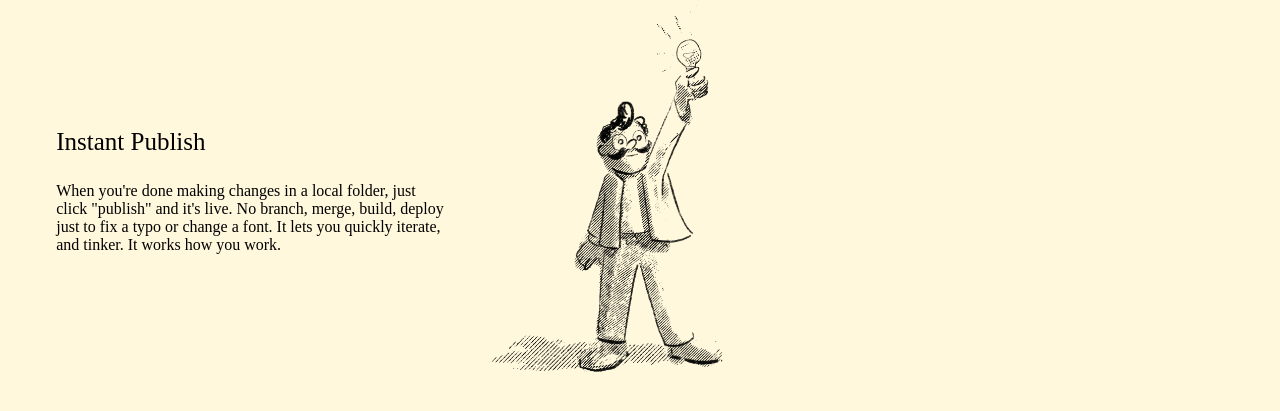
Repository: Pbemits/TEAMWORK-PROJECT-ONE
Page: index.html
An editor plug-in stored every save of this project. The page is shown before and after the next save, followed by the edit.
The browser window is 1280 px wide. The pictures show the whole page.
Some web fonts or font styles are not loaded; a fallback is used.

Above is the page before, as saved 2023-09-01 22:54:14.

### index.html
<!DOCTYPE html>
<html lang="en">
<head>
    <meta charset="UTF-8">
    <meta name="viewport" content="width=device-width, initial-scale=1.0">
    <link rel="stylesheet" href="./assets/css/base.css">
    <link rel="stylesheet" href="./assets/css/main.css">
    <!-- ~: FONT: 'Noto Sans JP', sans-serif -->
    <link rel="preconnect" href="https://fonts.googleapis.com">
    <link rel="preconnect" href="https://fonts.gstatic.com" crossorigin>
    <link href="https://fonts.googleapis.com/css2?family=Noto+Sans+JP:wght@100;200;300;400;500;600&display=swap" rel="stylesheet">
    <!-- ~: FONT: 'PT Serif Caption', serif -->
    <link rel="preconnect" href="https://fonts.googleapis.com">
    <link rel="preconnect" href="https://fonts.gstatic.com" crossorigin>
    <link href="https://fonts.googleapis.com/css2?family=PT+Serif+Caption:ital@0;1&display=swap" rel="stylesheet">
    <title>TEAMWORK PROJECT ONE</title>
</head>
<body>
    <!-- TODO: HEADER MAIN -->
    <div id="header-main">

    </div>
    <!-- TODO: CONTENT MAIN -->
    <div id="content-main">
        <!-- CODE BY XUAN DAI -->
        <!-- CONTENT-SECTION-TWO -->
        <div class="content-section-two">

            <!-- WRAPPER ONE -->
            <div class="content-wrapper-element-one">
                <div class="wrapper-element-one">
                    <div class="wrapper-element-texts">
                        <div class="element-text-h3">
                            <h3>Instant Publish</h3>
                        </div>
                        <div class="element-texts-paragraph">
                            <p>When you're done making changes in a local folder, just<br> click "publish" and it's live. No branch, merge, build, deploy<br> just to fix a typo or change a font. It lets you quickly iterate,<br> and tinker. It works how you work.</p>
                        </div>
                    </div>
                </div>

                <div class="wrapper-element-two">
                    <div class="wrapper-element-image">
                        <div class="element-img">
                            <img src="./assets/image/ligter.png" alt="ÁNH SÁNG CỦA ĐẢNG VN">
                        </div>
                    </div>
                </div>
            </div>
            <!-- END WRAPPER ONE -->

            <!-- WRAPPER TWO -->
            <div class="content-wrapper-element-two">
                <div class="wrapper-element-one">
                    <div class="wrapper-element-texts">
                        <div class="element-text-h3"></div>
                        <div class="element-texts-paragraph"></div>
                    </div>
                </div>

                <div class="wrapper-element-two">
                    <div class="wrapper-element-image">
                        <div class="element-img"></div>
                    </div>
                </div>
            </div>
            <!--END WRAPPER TWO -->

            <!-- WRAPPER THREE -->
            <div class="content-wrapper-element-three">
                <div class="wrapper-element-one">
                    <div class="wrapper-element-texts">
                        <div class="element-text-h3"></div>
                        <div class="element-texts-paragraph"></div>
                    </div>
                </div>

                <div class="wrapper-element-two">
                    <div class="wrapper-element-image">
                        <div class="element-img"></div>
                    </div>
                </div>
            </div>
            <!-- END WRAPPER THREE -->

        </div>
        <!-- END CONTENT-SECTION-TWO -->
        <!-- END CODE BY XUAN DAI -->
    </div>
    <!-- TODO: FOOTER MAIN -->
    <div id="footer-main">

    </div>
</body>
</html>

### assets/css/base.css
* {
    margin: 0;
    padding: 0;
    box-sizing: border-box;
}
body {
    background-color: #fff8dc;
    font-family: 'Noto Sans JP', sans-serif;
    font-family: 'PT Serif Caption', serif;
}

:root {
    --color-texts: #161616;
}

### assets/css/main.css
.content-wrapper-element-one {
    display: flex;
    justify-content: center;
    align-items: center;
    width: 900px;
}

.content-wrapper-element-one .wrapper-element-texts .element-text-h3 h3 {
    font-size: 25px;
    font-weight: 400;
}

.content-wrapper-element-one .wrapper-element-texts .element-texts-paragraph {
    margin: 26px 0;
}

.content-wrapper-element-one .element-img {
    width: 100%;
}

.content-wrapper-element-one .element-img img {
    width: 400px;
}

After the next save:
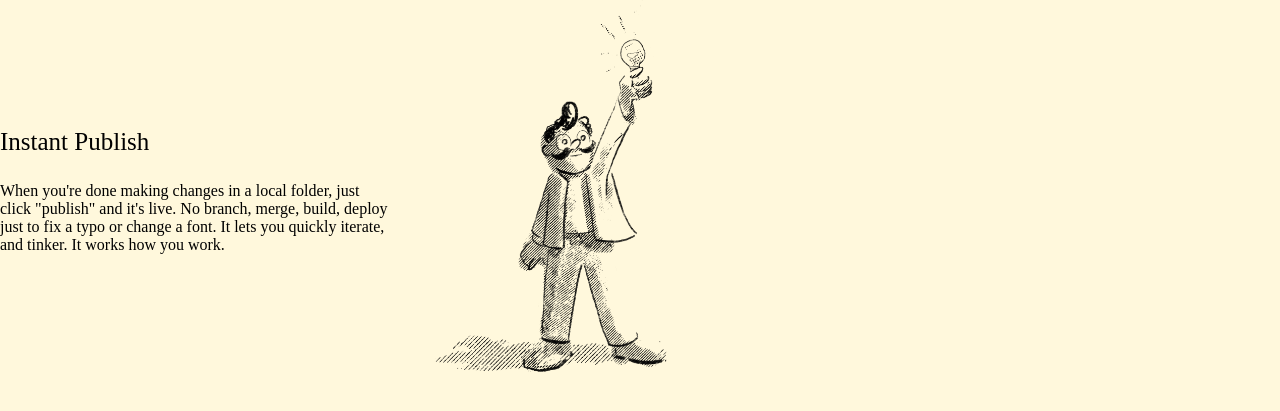
Saved 19 s later.
--- a/assets/css/main.css
+++ b/assets/css/main.css
@@ -1,8 +1,7 @@
 .content-wrapper-element-one {
     display: flex;
-    justify-content: center;
+    width: 900px;
     align-items: center;
-    width: 900px;
 }
 
 .content-wrapper-element-one .wrapper-element-texts .element-text-h3 h3 {

After the save that followed:
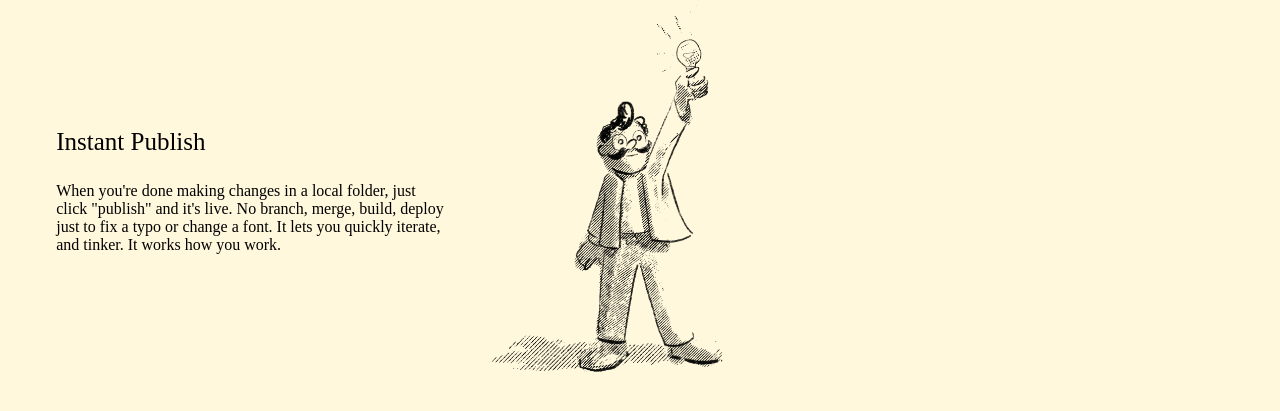
Saved 6 s later.
--- a/assets/css/main.css
+++ b/assets/css/main.css
@@ -2,6 +2,7 @@
     display: flex;
     width: 900px;
     align-items: center;
+    justify-content: center;
 }
 
 .content-wrapper-element-one .wrapper-element-texts .element-text-h3 h3 {
